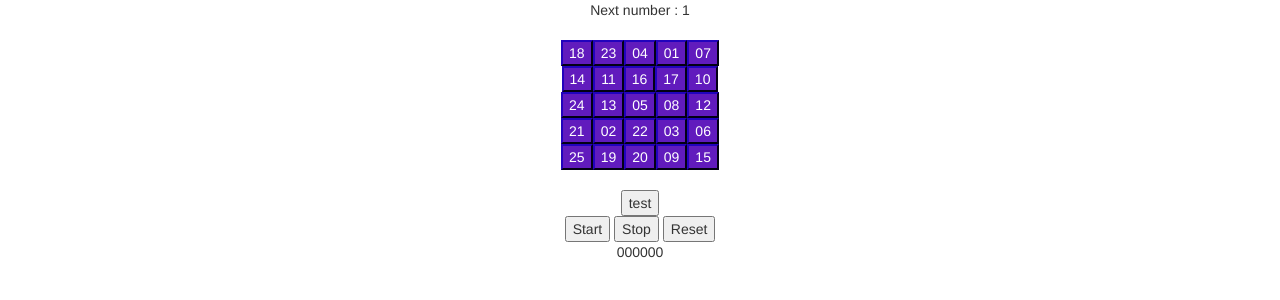
Repository: mikelily/lab
Page: oneTo25/game.2.1.html
The author's editor kept a record of every edit. The page is drawn from the files as they stood at one moment, then again after the next edit.
The browser window is 1280 px wide. The pictures show the whole page.

Above is the page before.
Console error: TypeError: Cannot set properties of null (setting 'onclick')
Not found: oneTo25/css/stopwatch.css

### oneTo25/game.2.1.html
<!DOCTYPE html>
<html>
    <head>
        <meta charset="UTF-8">
        <title>1 - 25</title>

        <meta name="viewport" content="width=device-width, initial-scale=1">
        <link href="css/bootstrap.min.css" rel="stylesheet">
        <link href="css/bootstrap-button.css" rel="stylesheet">
        <link rel="stylesheet" href="css/stopwatch.css">

        <link href="css/style_ok.css" rel="stylesheet">
        <script type="text/javascript" src="js/jquery.js"></script>

        <script>

            var oneTo25 = [];
            // var oneTo25Random = [];
            for (var i=0;i<25;i++){
                if(i<9){
                    oneTo25[i] = "0"+(i+1);
                }else
                    oneTo25[i] = i+1;
            }

            $(document).ready(function () {
                placeBtn();
                //startTimer();
            });

            $(".num25").each(function (key, obj) {
                $(obj).data("num25", oneTo25[key]);
            })

            function placeBtn(){
                $("#nextN").text(nextNum);

                var html = "";
                var brNow = 0;
                random25();
                for (i = 0 ; i < 25 ; i++){
                    if(brNow==5){
                        html += "<br>";
                        brNow =0;
                    }
                    html += '<button type="button" name="btn'+oneTo25[i]+'" id="btn'+
                    oneTo25[i]+'"class="num25 btn-num" data-num25="btn'+oneTo25[i]+
                    '" onclick="btnClick('+oneTo25[i]+')">'+oneTo25[i]+' </button>';
                    brNow++;
                }
                $("#container").html(html);

            }
        </script>
    </head>
    <body>
        <center>
            <!--<div> -->
            <!--    <text>Timer : </text>-->
            <!--    <text id="timerS"></text><br>-->
            <!--</div>-->

            <!--<canvas id="canvas" width=300 height=300></canvas>-->
            <div>
                <text>Next number : </text>
                <text id="nextN"></text>
            </div>
            <br>
            <div id="container"></div><br>
            <div>
                <button onclick="btnTest()">test</button>
            </div>
            <div class="stopwatch">
                <div class="controls">
                    <button class="start">Start</button>
                    <button class="stop">Stop</button>
                    <button class="reset">Reset</button>
                </div>
                <div class="display">
                    <span class="minutes">00</span><span class="seconds">00</span><span class="centiseconds">00</span>
                </div>
            </div>
            <script type="text/javascript" src="js/stopwatch.js"></script>
            <script>


            function btnTest(){
                placeBtn();   //new game
                //startTimer();

            }

            var nextNum = 1;
            var rightNum = -1;

            function btnClick(i){
                console.log(i);
                if(nextNum == i){
                    nextNum++;  //if nextNum == 26 -> End Game
                    if (nextNum == 26){
                        nextNum = 1;
                        //endGame
                    }


                    $("#nextN").text(nextNum);

                    if(i<10){
                        $("#btn0"+i).prop('disabled', true);
                        $("#btn0"+i).removeClass("btn-num");
                        $("#btn0"+i).addClass("btn-numC");
                    }else{
                        $("#btn"+i).prop('disabled', true);
                        $("#btn"+i).removeClass("btn-num");
                        $("#btn"+i).addClass("btn-numC");
                    }
                }


                //console.log(i);
            }

            function random25(){
                for(var i=0;i<50;i++){  //打亂50次
                    var twoNum = getRandomArray(0,24,2);
                    var j = twoNum[0];
                    var k = twoNum[1];
                    var temp = "";
                    temp = oneTo25[j];
                    oneTo25[j] = oneTo25[k];
                    oneTo25[k] = temp;
                    //console.log("第"+(i+1)+"次：change "+j+" , "+k);

                }
            }

            // =========Timer Code 1=========
            // var canvas=document.getElementById("canvas");
            // var ctx=canvas.getContext("2d");
            // var cw=canvas.width;
            // var ch=canvas.height;


            // var timers=[];
            // timers.push({delay:50,nextFireTime:0,doFunction:doTimers,counter:0});
            // timers.push({delay:1000,nextFireTime:0,doFunction:doTimers,counter:0});
            // timers.push({delay:5000,nextFireTime:0,doFunction:doTimers,counter:0});

            // requestAnimationFrame(timerLoop);

            // function timerLoop(currentTime){
            //   requestAnimationFrame(timerLoop);

            //   for(var i=0;i<timers.length;i++){
            //     if(currentTime>timers[i].nextFireTime){
            //       var t=timers[i];
            //       t.nextFireTime=currentTime+t.delay;
            //       t.doFunction(t,i);
            //     }
            //   }

            // }

            // function doTimers(t,i){
            //   ctx.clearRect(0,100+i*20-20,cw,20);
            //   ctx.fillText('Timer#'+i+' with '+t.delay+'ms delay has fired '+(++t.counter)+' times.',20,100+20*i);
            // }
            // =========Timer Code 1=========


            function getRandom(minNum, maxNum) {	//取得 minNum(最小值) ~ maxNum(最大值) 之間的亂數
            	return Math.floor( Math.random() * (maxNum - minNum + 1) ) + minNum;
            }

            function getRandomArray(minNum, maxNum, n) {	//隨機產生不重覆的n個數字
            	var rdmArray = [n];		//儲存產生的陣列

            	for(var i=0; i<n; i++) {
            		var rdm = 0;		//暫存的亂數

            		do {
            			var exist = false;			//此亂數是否已存在
            			rdm = getRandom(minNum, maxNum);	//取得亂數

            			//檢查亂數是否存在於陣列中，若存在則繼續回圈
            			if(rdmArray.indexOf(rdm) != -1) exist = true;

            		} while (exist);	//產生沒出現過的亂數時離開迴圈

            		rdmArray[i] = rdm;
            	}
            	return rdmArray;
            }
            </script>
        </center>
    </body>
</html>

### oneTo25/css/bootstrap-button.css
.btn-num {
  color: #ffffff;
  background-color: #611BBD;
  border-color: #130269;
  /*size: 20;*/
}

.btn-num:hover,
.btn-num:focus,
.btn-num:active,
.btn-num.active,
.open .dropdown-toggle.btn-num {
  color: #ffffff;
  background-color: #49247A;
  border-color: #130269;
}

.btn-num:active,
.btn-num.active,
.open .dropdown-toggle.btn-num {
  background-image: none;
}

.btn-num.disabled,
.btn-num[disabled],
fieldset[disabled] .btn-num,
.btn-num.disabled:hover,
.btn-num[disabled]:hover,
fieldset[disabled] .btn-num:hover,
.btn-num.disabled:focus,
.btn-num[disabled]:focus,
fieldset[disabled] .btn-num:focus,
.btn-num.disabled:active,
.btn-num[disabled]:active,
fieldset[disabled] .btn-num:active,
.btn-num.disabled.active,
.btn-num[disabled].active,
fieldset[disabled] .btn-num.active {
  background-color: #611BBD;
  border-color: #130269;
}

.btn-num .badge {
  color: #611BBD;
  background-color: #ffffff;
}

/*=============================*/

.btn-numC {
  color: #ffffff;
  background-color: #E8E1F2;
  border-color: #F3F2FA;
}

.btn-numC:hover,
.btn-numC:focus,
.btn-numC:active,
.btn-numC.active,
.open .dropdown-toggle.btn-numC {
  color: #ffffff;
  background-color: #F0EAF7;
  border-color: #F3F2FA;
}

.btn-numC:active,
.btn-numC.active,
.open .dropdown-toggle.btn-numC {
  background-image: none;
}

.btn-numC.disabled,
.btn-numC[disabled],
fieldset[disabled] .btn-numC,
.btn-numC.disabled:hover,
.btn-numC[disabled]:hover,
fieldset[disabled] .btn-numC:hover,
.btn-numC.disabled:focus,
.btn-numC[disabled]:focus,
fieldset[disabled] .btn-numC:focus,
.btn-numC.disabled:active,
.btn-numC[disabled]:active,
fieldset[disabled] .btn-numC:active,
.btn-numC.disabled.active,
.btn-numC[disabled].active,
fieldset[disabled] .btn-numC.active {
  background-color: #E8E1F2;
  border-color: #F3F2FA;
}

.btn-numC .badge {
  color: #E8E1F2;
  background-color: #ffffff;
}

### oneTo25/css/style_ok.css
/* Base styles (regardless of theme) */
.bs-callout {
    margin: 20px 0;
    padding: 15px 30px 15px 15px;
    border-left: 5px solid #eee;
}

.bs-callout h4 {
    margin-top: 0;
}

.bs-callout p:last-child {
    margin-bottom: 0;
}

.bs-callout code,
.bs-callout .highlight {
    background-color: #fff;
}

/* Themes for different contexts */
.bs-callout-danger {
    background-color: #fcf2f2;
    border-color: #dFb5b4;
}

.bs-callout-warning {
    background-color: #fefbed;
    border-color: #f1e7bc;
}

.bs-callout-info {
    background-color: #f0f7fd;
    border-color: #d0e3f0;
}

.bs-callout-danger h4,
.bs-callout-danger a.alert-link {
    color: #B94A48;
}

.bs-callout-warning h4,
.bs-callout-warning a.alert-link {
    color: #C09853;
}

.bs-callout-info h4,
.bs-callout-info a.alert-link {
    color: #3A87AD;
}

.bs-callout a.alert-link {
    font-weight: bold;
}

### oneTo25/js/stopwatch.js
var ss = document.getElementsByClassName('stopwatch');

[].forEach.call(ss, function (s) {
    var currentTimer = 0,
        interval = 0,
        lastUpdateTime = new Date().getTime(),
        start = s.querySelector('button.start'),
        stop = s.querySelector('button.stop'),
        reset = s.querySelector('button.reset'),
        mins = s.querySelector('span.minutes'),
        secs = s.querySelector('span.seconds'),
        cents = s.querySelector('span.centiseconds');
// mikelily Add
// $("#btn25").click(stopTimer());
var endBtn = document.getElementById("btn25");
endBtn.onclick = "endGame()";
function endGame() {
    stopTimer();
}

    start.addEventListener('click', startTimer);
    stop.addEventListener('click', stopTimer);
    reset.addEventListener('click', resetTimer);

    function pad (n) {
        return ('00' + n).substr(-2);
    }

    function update () {
        var now = new Date().getTime(),
            dt = now - lastUpdateTime;

        currentTimer += dt;

        var time = new Date(currentTimer);

        mins.innerHTML = pad(time.getMinutes());
        secs.innerHTML = pad(time.getSeconds());
        cents.innerHTML = pad(Math.floor(time.getMilliseconds() / 10));

        lastUpdateTime = now;
    }

    function startTimer () {
        if (!interval) {
            lastUpdateTime = new Date().getTime();
            interval = setInterval(update, 1);
        }
    }

    function stopTimer () {
        clearInterval(interval);
        interval = 0;
    }

    function resetTimer () {
        stopTimer();

        currentTimer = 0;

        mins.innerHTML = secs.innerHTML = cents.innerHTML = pad(0);
    }
});

Loaded but not shown: oneTo25/css/bootstrap.min.css (library); oneTo25/js/jquery.js (library)

After the next edit:
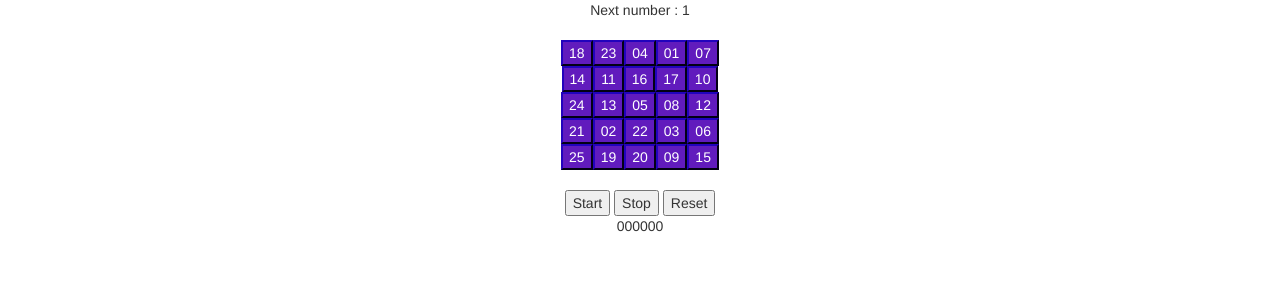
The edit:
--- a/oneTo25/game.2.1.html
+++ b/oneTo25/game.2.1.html
@@ -67,9 +67,9 @@
             </div>
             <br>
             <div id="container"></div><br>
-            <div>
-                <button onclick="btnTest()">test</button>
-            </div>
+            <!--<div>-->
+            <!--    <button onclick="btnTest()">test</button>-->
+            <!--</div>-->
             <div class="stopwatch">
                 <div class="controls">
                     <button class="start">Start</button>
